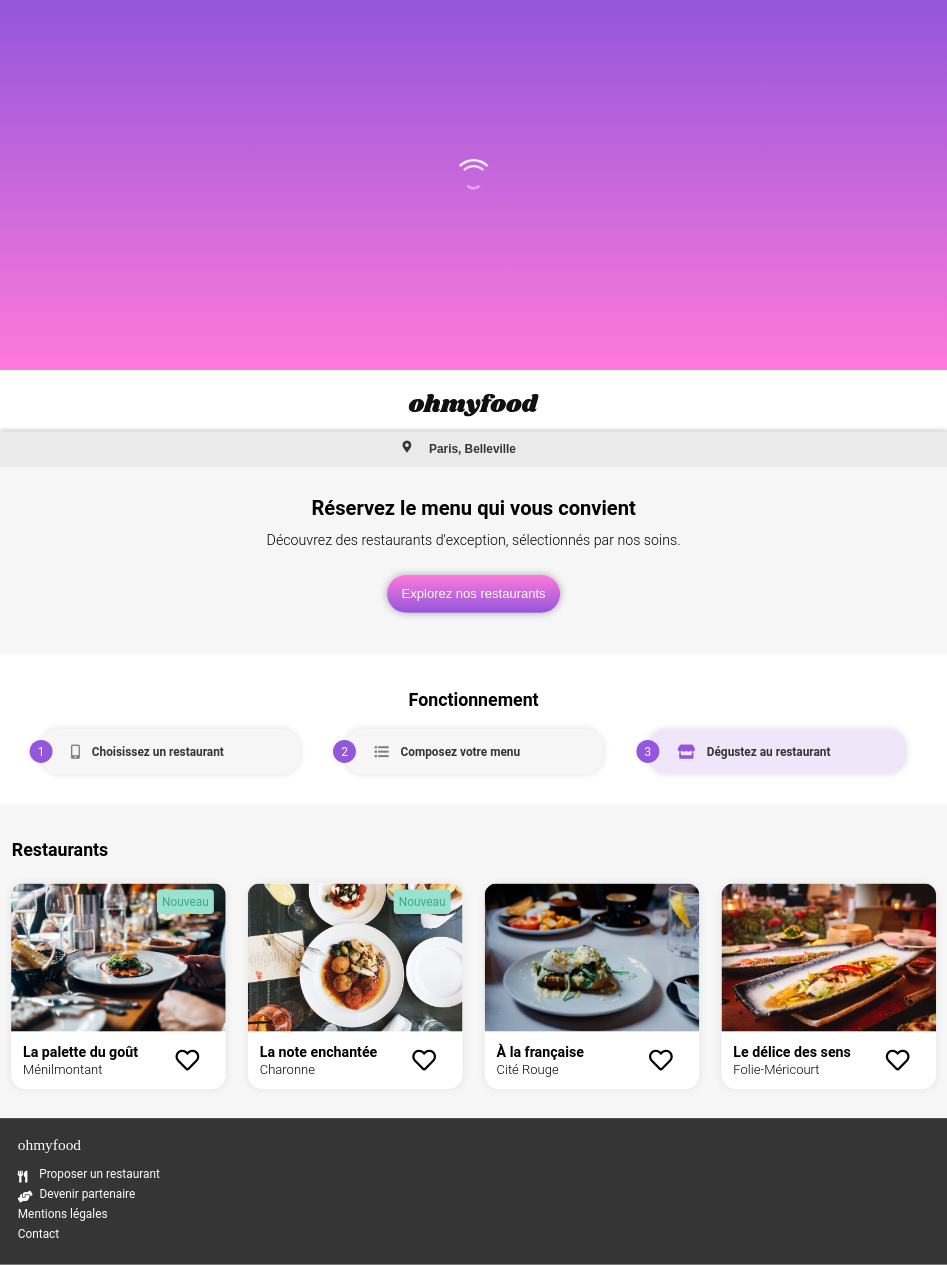
Repository: AlexisTisserand/AlexisTisserand_3_24112020
Page: index.html
An editor plug-in stored every save of this project. The page is shown before and after the next save, followed by the edit.
The browser window is 1280 px wide. The pictures show the whole page, at 74% of full size.
Some web libraries are served in a nearby version. The style sheet was rebuilt from its Sass, Less or Tailwind sources for each picture, by a compiler version that may differ from the author's.

Above is the page before, as saved 2020-12-09 15:52:55.

After the next save:
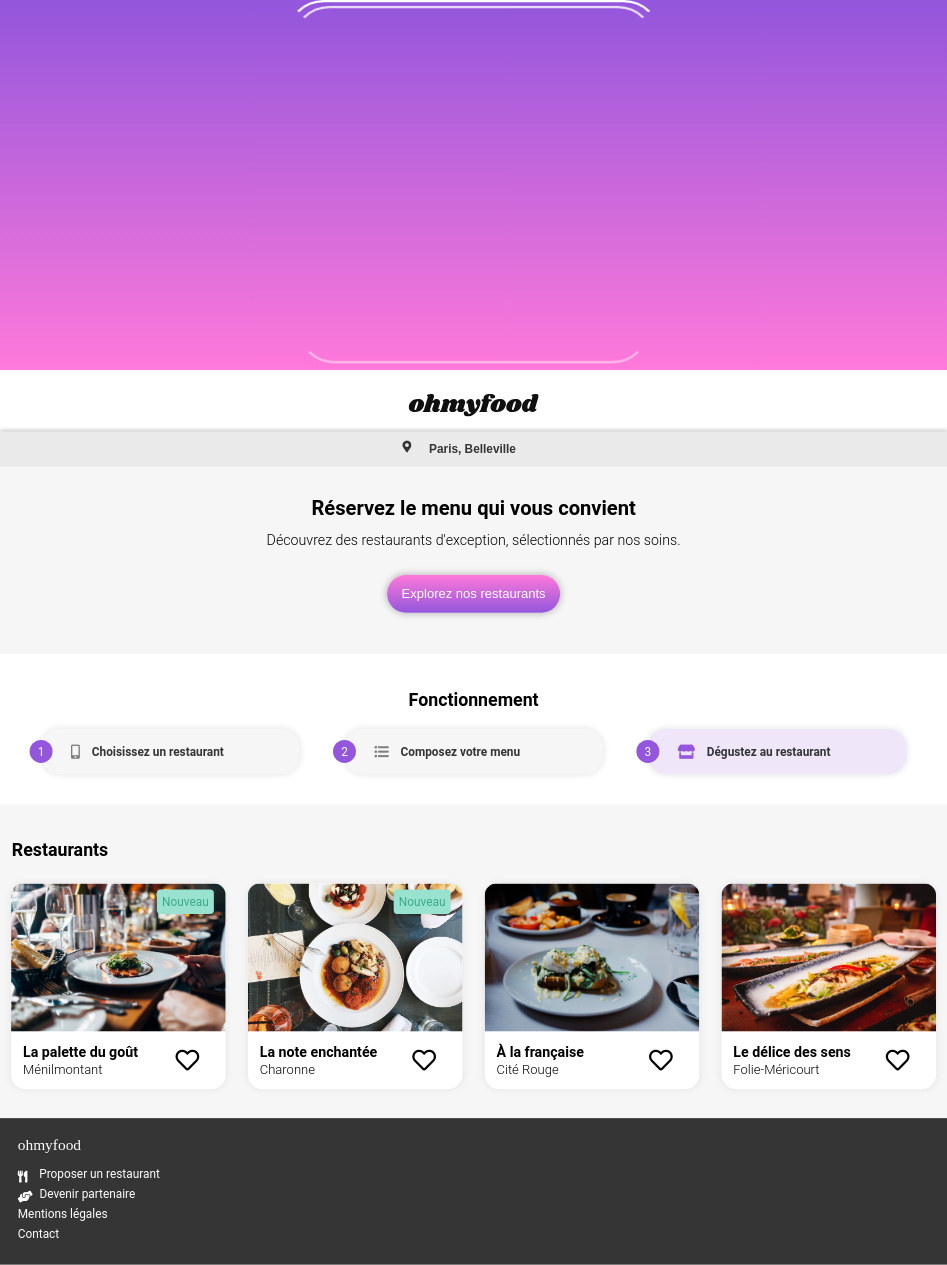
Saved 18 s later.
--- a/sass/style.scss
+++ b/sass/style.scss
@@ -50,11 +50,10 @@
     font-size: 4rem;
     font-family: 'Shrikhand';
 }
-
 /*Loader simple*/
 .loader{
-    width: 50px;
-    height: 50px;
+    width: 500px;
+    height: 500px;
     display: inline-block;
     position: relative;
 }

After the save that followed:
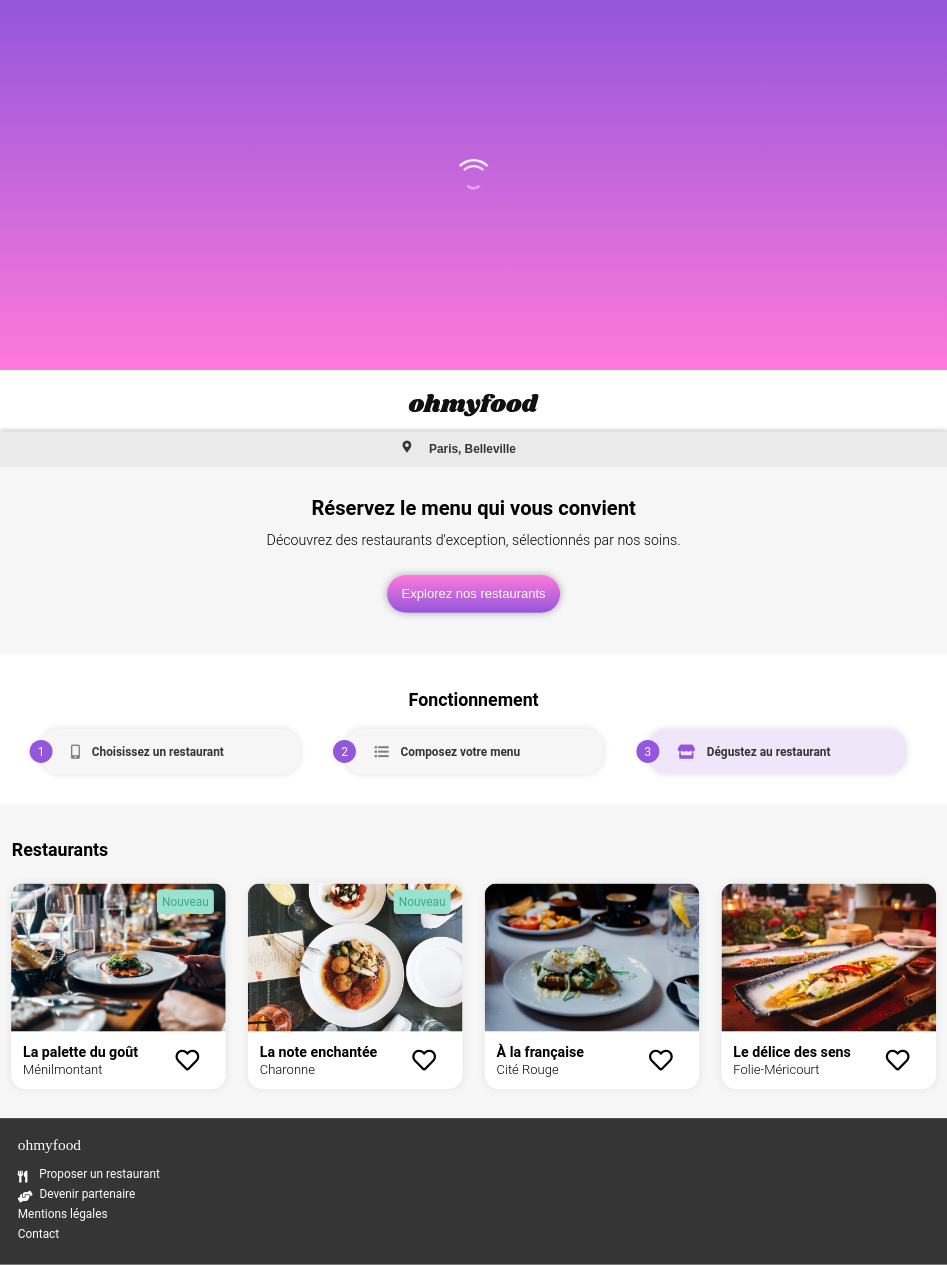
Saved 12 s later.
--- a/sass/style.scss
+++ b/sass/style.scss
@@ -52,8 +52,8 @@
 }
 /*Loader simple*/
 .loader{
-    width: 500px;
-    height: 500px;
+    width: 50px;
+    height: 50px;
     display: inline-block;
     position: relative;
 }
